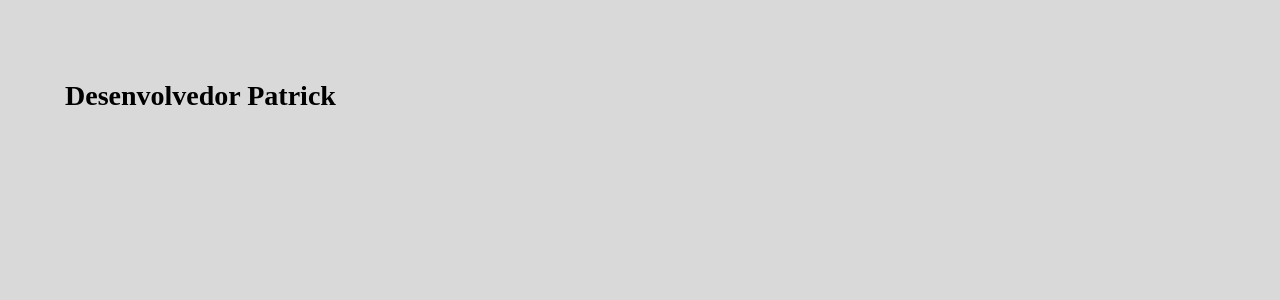
Repository: PatrickAlmeida007/aula1811
Page: index.html
An editor plug-in stored every save of this project. The page is shown before and after the next save, followed by the edit.
The browser window is 1280 px wide. The pictures show the whole page.

Above is the page before, as saved 2023-11-18 14:24:41.

### index.html
<!DOCTYPE html>
<html lang="pt-br">
<head>
    <meta charset="UTF-8">
    <meta name="viewport" content="width=device-width, initial-scale=1.0">
    <title>Aula 18-11</title>
    <link rel="stylesheet" href="style.css">
</head>
<body>
    <section class="section">
        <div class="container">
            <div class="sobre">

                <div class="sobre__conteudo">
                    <h1 class="sobre__titulo sobre __conteudo-titulo--verde">
                        Desenvolvedor Patrick
                    </h1>
                    </div>
                </div>
            </div>
        </div>
    </section>
</body>
</html>

### style.css
/* http://meyerweb.com/eric/tools/css/reset/
   v2.0 | 20110126
   License: none (public domain)
*/

html, body, div, span, applet, object, iframe,
h1, h2, h3, h4, h5, h6, p, blockquote, pre,
a, abbr, acronym, address, big, cite, code,
del, dfn, em, img, ins, kbd, q, s, samp,
small, strike, strong, sub, sup, tt, var,
b, u, i, center,
dl, dt, dd, ol, ul, li,
fieldset, form, label, legend,
table, caption, tbody, tfoot, thead, tr, th, td,
article, aside, canvas, details, embed,
figure, figcaption, footer, header, hgroup,
menu, nav, output, ruby, section, summary,
time, mark, audio, video {
	margin: 0;
	padding: 0;
	border: 0;
	font-size: 100%;
	font: inherit;
	vertical-align: baseline;
}
/* HTML5 display-role reset for older browsers */
article, aside, details, figcaption, figure,
footer, header, hgroup, menu, nav, section {
	display: block;
}
body {
	line-height: 1;
    background: #d9d9d9;
}
ol, ul {
	list-style: none;
}
blockquote, q {
	quotes: none;
}
blockquote:before, blockquote:after,
q:before, q:after {
	content: '';
	content: none;
}
table {
	border-collapse: collapse;
	border-spacing: 0;
}

.container {
    width:100%;
    max-width: 1150px;
    margin: 0 auto;
}

.section {
    padding: 80px 0;
}





.sobre_titulo{
    padding: 80px 0;
}

.sobre__titulo{
    font-size:28px;
    line-height: normal;
    font-weight: 700;
}

.sobre__titulo--verde{
    color:blue;
}

After the next save:
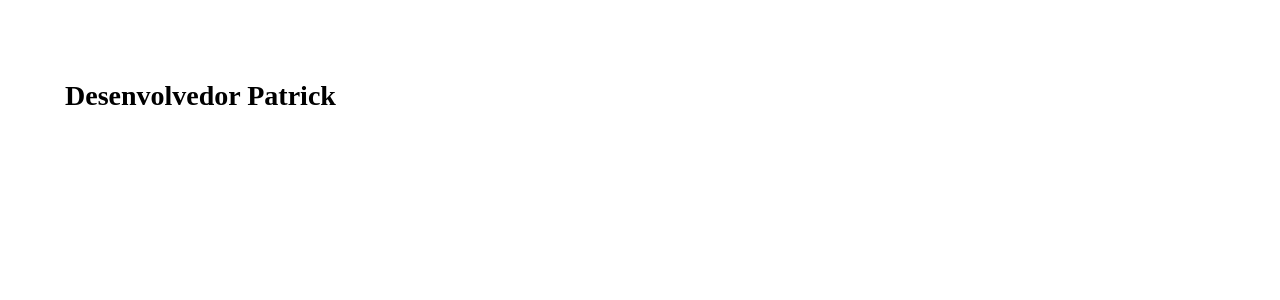
Saved 18 min 34 s later.
--- a/style.css
+++ b/style.css
@@ -30,7 +30,7 @@ footer, header, hgroup, menu, nav, section {
 }
 body {
 	line-height: 1;
-    background: #d9d9d9;
+    background:
 }
 ol, ul {
 	list-style: none;
